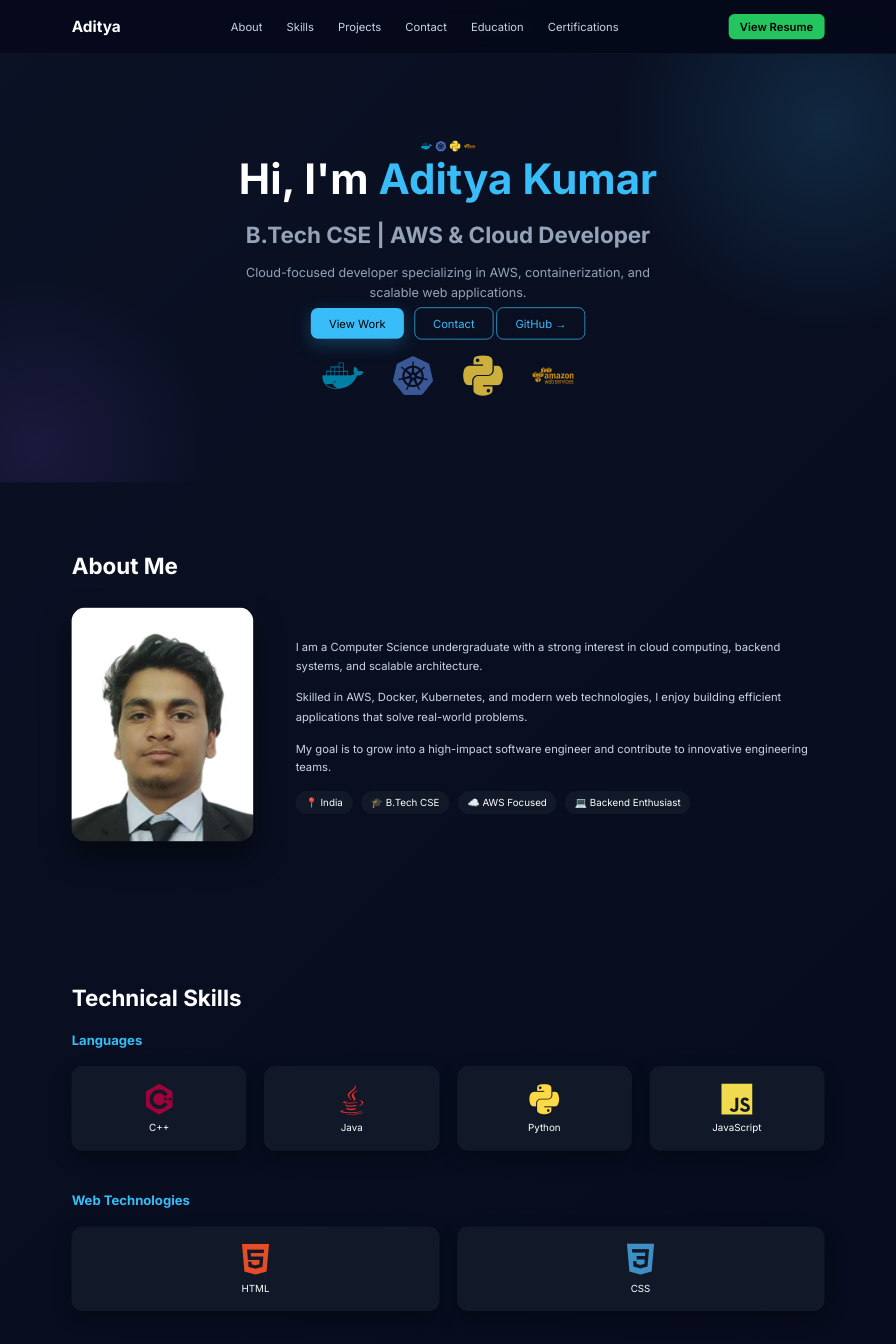
Repository: Aditya2419/My-Portfolio
Page: index.html
An editor plug-in stored every save of this project. The page is shown before and after the next save, followed by the edit.
The browser window is 1280 px wide. The pictures show the part of the page from y = 0 to 1920 px (the page is 5718 px tall before and 5408 px after), at 70% of full size.

Above is the page before, as saved 2026-02-19 00:06:08.
Console error: TypeError: Cannot set properties of null (setting 'textContent')

After the next save:
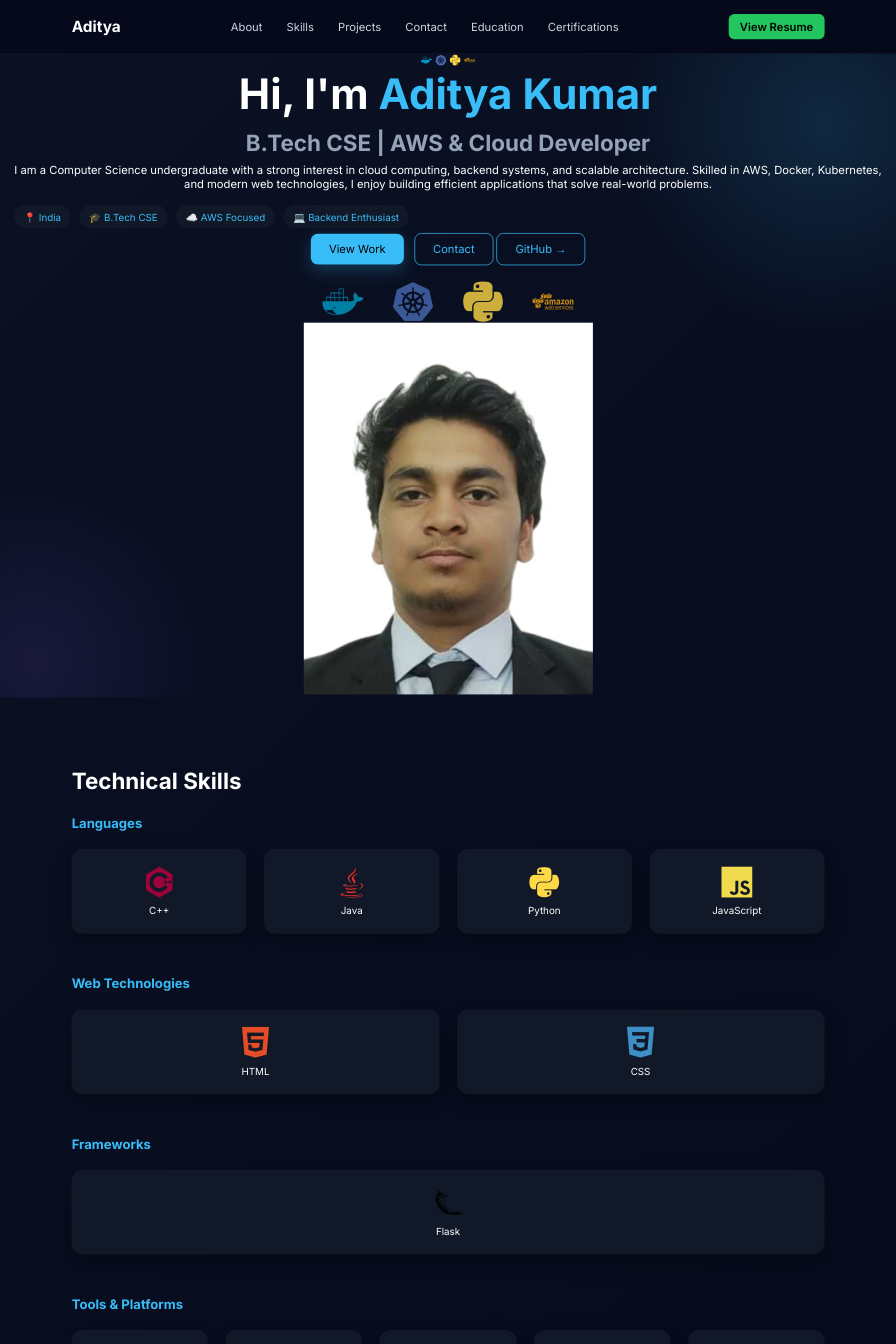
Saved 4 min 34 s later.
--- a/index.html
+++ b/index.html
@@ -34,8 +34,10 @@
 </header>
 
 
-<!-- HERO -->
+<!-- HERO + ABOUT MERGED -->
 <section class="hero">
+
+    <!-- Floating Background Icons -->
     <div class="floating-icons">
         <i class="devicon-docker-plain colored"></i>
         <i class="devicon-kubernetes-plain colored"></i>
@@ -43,59 +45,20 @@
         <i class="devicon-amazonwebservices-plain-wordmark colored"></i>
     </div>
 
-
-    <h1>Hi, I'm <span>Aditya Kumar</span></h1>
-
-    <h2>B.Tech CSE | AWS & Cloud Developer</h2>
-
-    <p class="hero-tagline">
-        Cloud-focused developer specializing in AWS, containerization,
-        and scalable web applications.
-    </p>
-
-    <div class="hero-buttons">
-        <a href="#projects" class="primary">View Work</a>
-        <a href="#contact" class="secondary">Contact</a>
-        <a href="https://github.com/yourgithub" class="secondary">GitHub →</a>
-    </div>
-
-    <!-- Tech Icons Separate -->
-    <div class="hero-tech-icons">
-        <i class="devicon-docker-plain colored"></i>
-        <i class="devicon-kubernetes-plain colored"></i>
-        <i class="devicon-python-plain colored"></i>
-        <i class="devicon-amazonwebservices-plain-wordmark colored"></i>
-    </div>
-
-</section>
-
-
-<!-- ABOUT -->
-<section id="about" class="about">
-
-    <h2>About Me</h2>
-
-    <div class="about-container">
-
-        <div class="about-image">
-            <img src="images/profile.png" alt="Aditya Kumar">
-        </div>
-
-        <div class="about-text">
+    <div class="hero-content">
+
+        <!-- LEFT SIDE -->
+        <div class="hero-text">
+
+            <h1>Hi, I'm <span>Aditya Kumar</span></h1>
+
+            <h2>B.Tech CSE | AWS & Cloud Developer</h2>
 
             <p>
-            I am a Computer Science undergraduate with a strong interest in
-            cloud computing, backend systems, and scalable architecture.
-            </p>
-
-            <p>
-            Skilled in AWS, Docker, Kubernetes, and modern web technologies,
-            I enjoy building efficient applications that solve real-world problems.
-            </p>
-
-            <p>
-            My goal is to grow into a high-impact software engineer and contribute
-            to innovative engineering teams.
+                I am a Computer Science undergraduate with a strong interest in
+                cloud computing, backend systems, and scalable architecture.
+                Skilled in AWS, Docker, Kubernetes, and modern web technologies,
+                I enjoy building efficient applications that solve real-world problems.
             </p>
 
             <div class="about-highlights">
@@ -105,11 +68,29 @@
                 <span>💻 Backend Enthusiast</span>
             </div>
 
-        </div>
-
-    </div>
-
-    </section>
+            <div class="hero-buttons">
+                <a href="#projects" class="primary">View Work</a>
+                <a href="#contact" class="secondary">Contact</a>
+                <a href="https://github.com/yourgithub" class="secondary">GitHub →</a>
+            </div>
+
+            <div class="hero-tech-icons">
+                <i class="devicon-docker-plain colored"></i>
+                <i class="devicon-kubernetes-plain colored"></i>
+                <i class="devicon-python-plain colored"></i>
+                <i class="devicon-amazonwebservices-plain-wordmark colored"></i>
+            </div>
+
+        </div>
+
+        <!-- RIGHT SIDE -->
+        <div class="hero-image">
+            <img src="images/profile.png" alt="Aditya Kumar">
+        </div>
+
+    </div>
+
+</section>
 
 <!-- TECHINCAL SKILLS -->
 <section id="skills">
